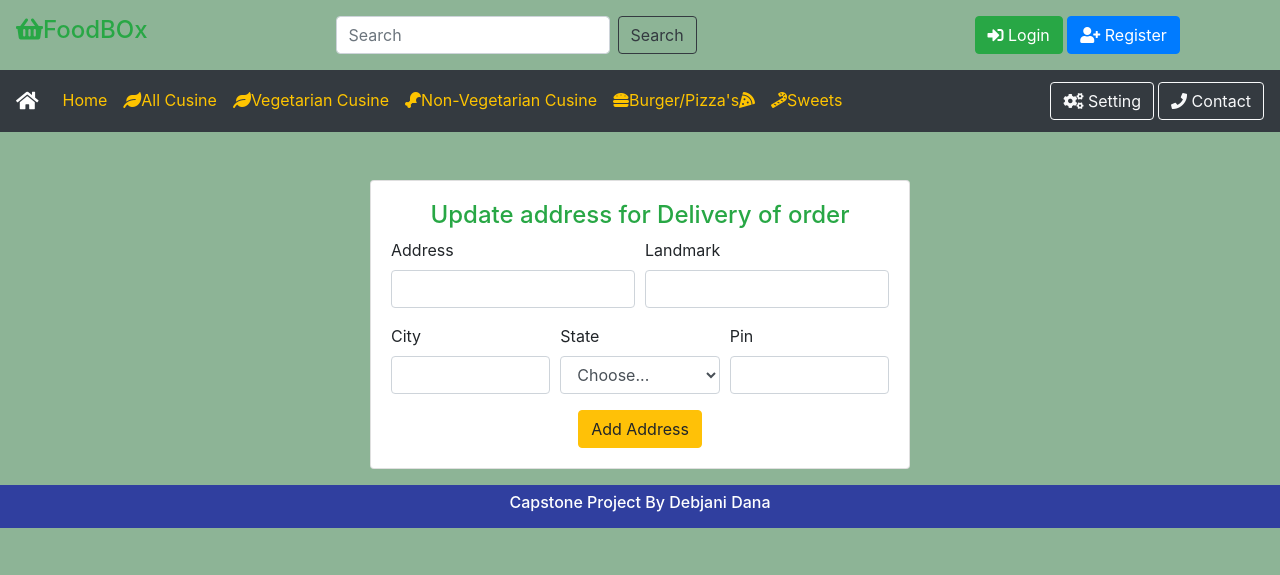
Repository: debjaniprofessional32/Capstone-Final-FoodBox-Delivery-Project
Page: http://localhost/OnlinFoodBOX/useraddress.jsp
The author's editor kept a copy of each file at every save. The page is drawn from the files as they stood at one save, then again after the next save.
The browser window is 1280 px wide. The pictures show the whole page.
Some web libraries are served in a nearby version. The page is served by Tomcat 9.

Above is the page before, as saved 2022-12-23 12:11:49.

After the next save:
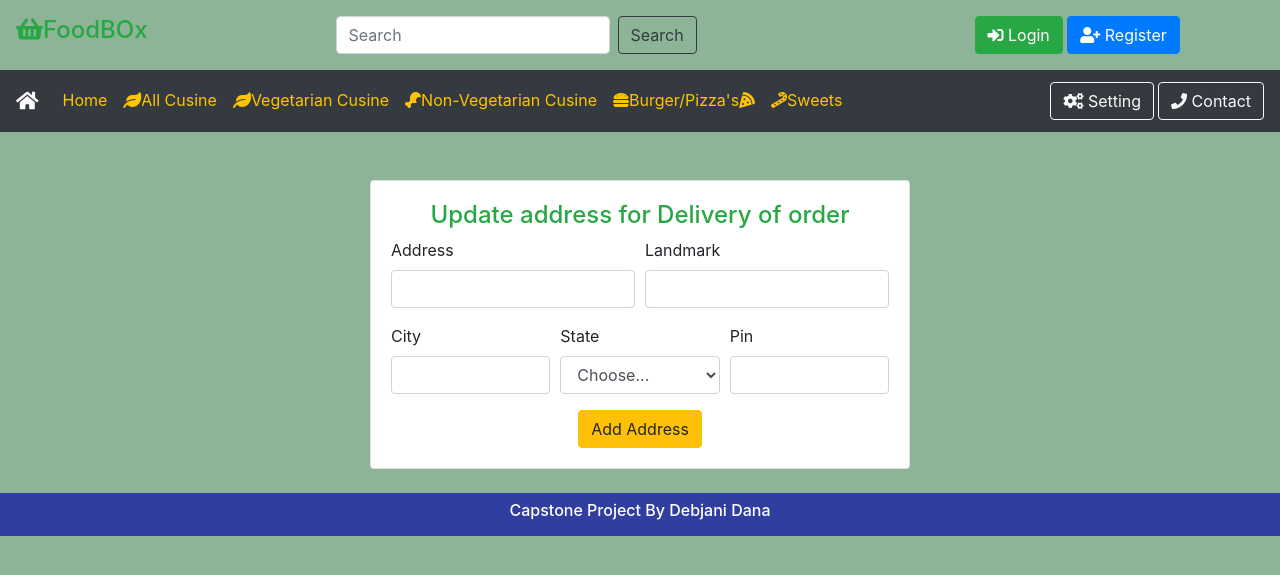
Saved 8 s later.
--- a/OnlinFoodBOX/src/main/webapp/useraddress.jsp
+++ b/OnlinFoodBOX/src/main/webapp/useraddress.jsp
@@ -12,7 +12,7 @@
 <%@include file="all_Component/navbar.jsp"%>
 <div class="container">
 <div class="row">
-<div class="col-md-6 offset-md-3 mt-5 mb-2">
+<div class="col-md-6 offset-md-3 mt-5 mb-3">
 <div class="card">
 
 <div class="card-body">
